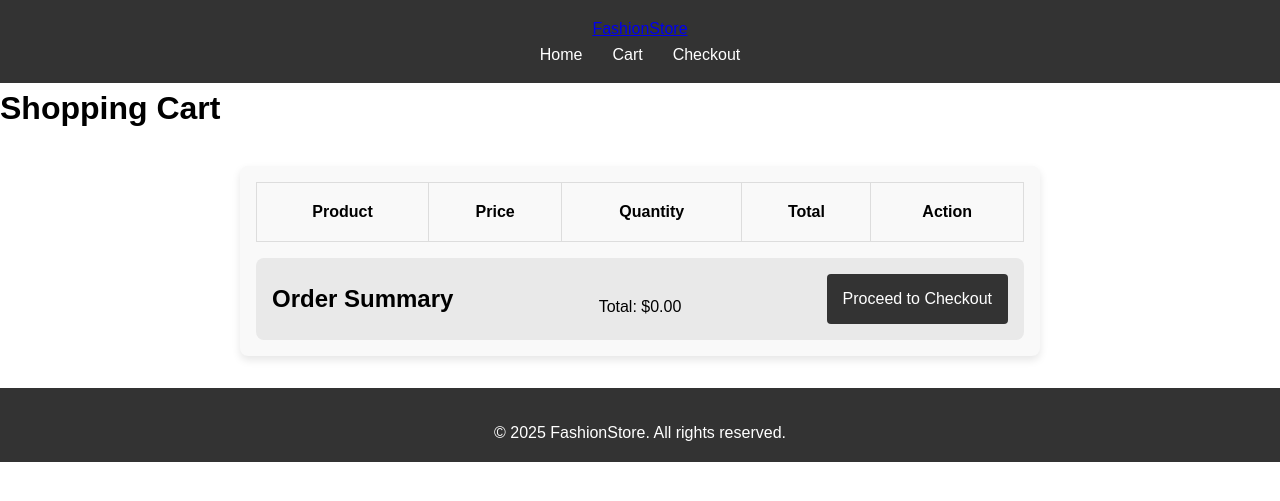
Repository: Patience225/ecommerce-app
Page: cart.html
These files come from the project's save history. The page is drawn as it stood at one moment and after the next save; the edit follows.
The browser window is 1280 px wide. The pictures show the whole page.

Above is the page before, as saved 2025-01-30 10:34:29.
Console error: TypeError: Cannot set properties of null (setting 'innerHTML')

After the next save:
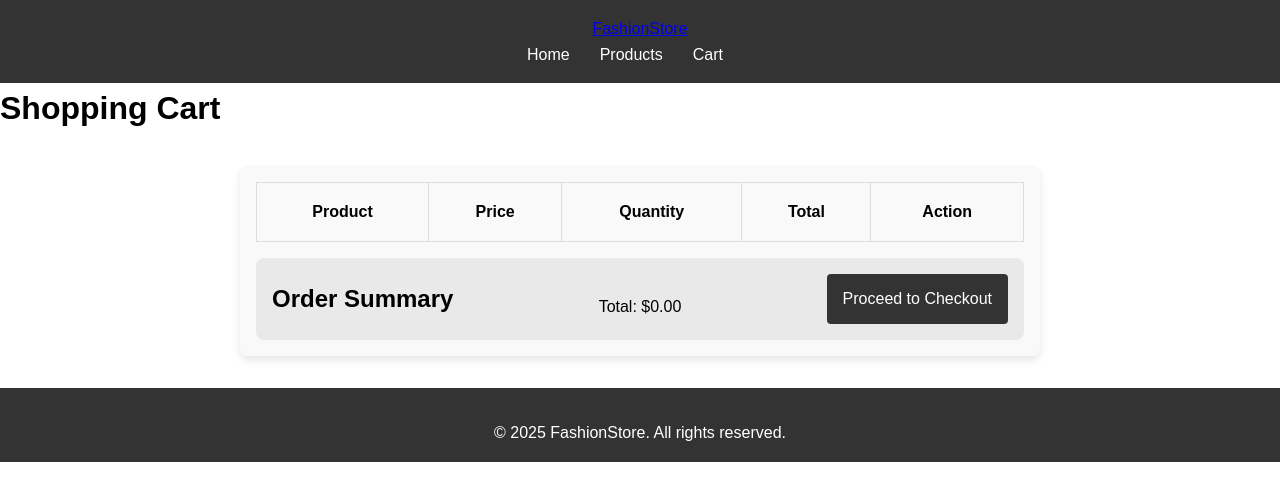
Saved 13 min 31 s later.
--- a/cart.html
+++ b/cart.html
@@ -12,11 +12,13 @@
       <a href="index.html" class="logo">FashionStore</a>
       <ul class="nav-links">
         <li><a href="index.html">Home</a></li>
-        <li><a href="cart.html" class="active">Cart</a></li>
-        <li><a href="checkout.html">Checkout</a></li>
+        <li><a href="product.html">Products</a></li>
+        <li><a href="cart.html">Cart</a></li>
+        <li id="user-profile"></li> <!-- Dynamic Profile Link -->
       </ul>
     </nav>
   </header>
+
 
   <main>
     <h1>Shopping Cart</h1>
